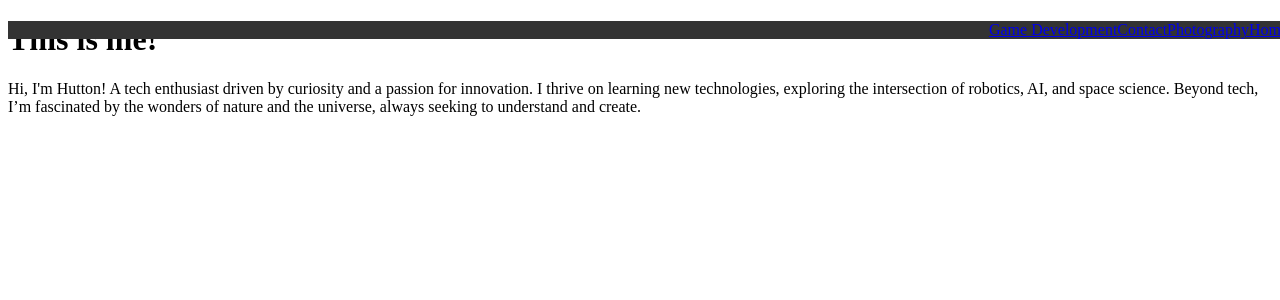
Repository: Argivist/ArgPortfolio
Page: index.html
An editor plug-in stored every save of this project. The page is shown before and after a run of saves, followed by the edit.
The browser window is 1280 px wide. The pictures show the whole page.

Above is the page before, as saved 2025-03-28 14:49:58.

After the next 2 saves:
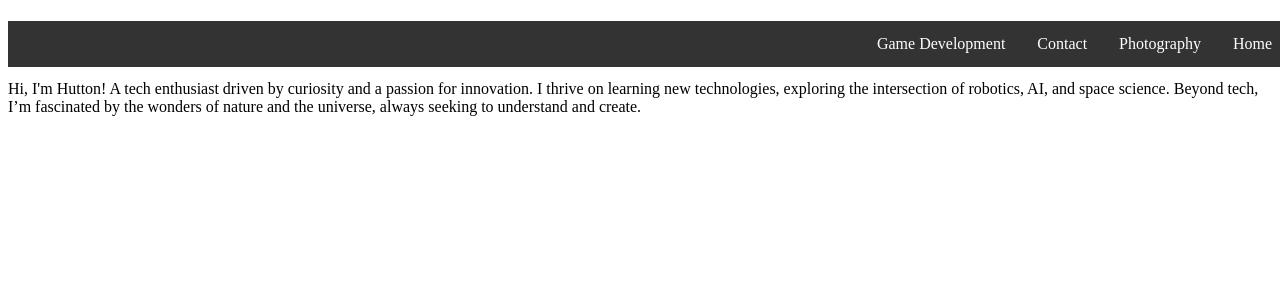
The 2 saves are shown as one change because they came seconds apart.
The last was saved 13 s later.
--- a/css/nav.css
+++ b/css/nav.css
@@ -32,3 +32,13 @@ nav ul{
 nav ul li{
     float: right;
 }
+nav ul li a{
+    display: block;
+    color: white;
+    text-align: center;
+    padding: 14px 16px;
+    text-decoration: none;
+}
+nav ul li a:hover{
+    background-color: #111;
+}
